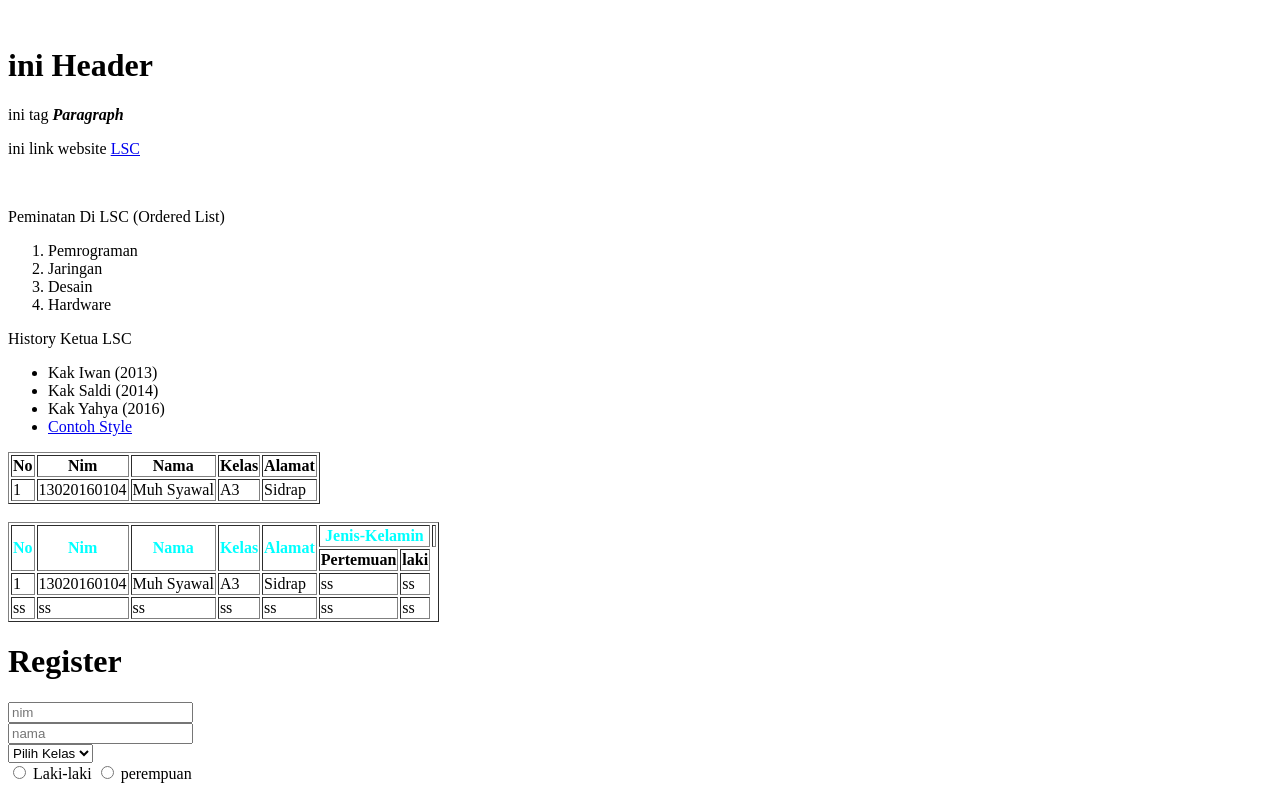
Repository: syawal2kalii/HelloWorld
Page: basichtml.htm
An editor plug-in stored every save of this project. The page is shown before and after the next save, followed by the edit.
The browser window is 1280 px wide. The pictures show the whole page.

Above is the page before, as saved 2019-11-17 12:40:56.

### basichtml.htm

<!--
Pertemuan 4
Overview
    Struktur Dasar
    Struktur Tag
        *Tag,Atribute,Property
    Berkenalan Dengan Beberapa Tag
        *header
        *Paragraph
        *Text Style (Bold,italic,font)
        *a
        *image
        *list
        *Table (colspan & Rowspan)
        *input
        *form
        *link import
    Dimensi dari setiap tag (block,inline)
    Studi Case : login,register,table user (No Style)

     -->

<!DOCTYPE html>
<html lang="en">
<head>
    <meta charset="UTF-8">
    <meta name="viewport" content="width=device-width, initial-scale=1.0">
    <meta http-equiv="X-UA-Compatible" content="ie=edge">
    <title>Basic HTML (Pertemuan 5)</title>
</head>
<body>
    <!-- tag atribute value
        global -> style,class (https://www.w3.org/TR/2010/WD-html-markup-20101019/global-attributes.html)
        local -> src
    -->

    <img src="" alt="">
    <h1>ini Header</h1>
    <p>ini tag <b><i>Paragraph</i></b></p>
    <p>ini link website <a href="http://www.lscumi.info.tm">LSC</a> </p>
    <img src="" alt="">
   <p> Peminatan Di LSC (Ordered List) </p>
    <ol>
        <li>Pemrograman</li>
        <li>Jaringan</li>
        <li>Desain</li>
        <li>Hardware</li>
    </ol>

    <p>History Ketua LSC</p>
    <ul>
        <li>Kak Iwan (2013)</li>
        <li>Kak Saldi (2014)</li>
        <li>Kak Yahya (2016)</li>
        <li><a href="https://www.w3schools.com/html/html_lists.asp">Contoh Style</a></li>
    </ul>

    <table border="1"> <!-- tag pembuka -->
        <tr> <!-- table row -->
            <th>No</th> <!-- table Head -->
            <th>Nim</th>
            <th>Nama</th>
            <th>Kelas</th>
            <th>Alamat</th>
        </tr>
        <tr>
            <td>1</td> <!-- table Data -->
            <td>13020160104</td> <!-- table Data -->
            <td>Muh Syawal</td> <!-- table Data -->
            <td>A3</td> <!-- table Data -->
            <td>Sidrap</td> <!-- table Data -->
        </tr>
    </table> <!-- tag penutup -->

    <table border="1">

        <tr style="color: aqua;">
            <th rowspan="2">No</th>
            <th rowspan="2">Nim</th>
            <th rowspan="2">Nama</th>
            <th rowspan="2">Kelas</th>
            <th rowspan="2">Alamat</th>
            <th colspan="2">Jenis-Kelamin</th>
            <th></th>
        </tr>

        <tr>
               <th>Pertemuan</td>
               <th>laki</td>

        </tr>
        <tr>
            <td>1</td>
            <td>13020160104</td>
            <td>Muh Syawal</td>
            <td>A3</td>
            <td>Sidrap</td>
            <td>ss</td>
            <td>ss</td>
        </tr>
        <br>
        <tr>
                <td>ss</td>
                <td>ss</td>
                <td>ss</td>
                <td>ss</td>
                <td>ss</td>
                <td>ss</td>
                <td>ss</td>
            </tr>
    </table>

    <h1>Register</h1>
    <input placeholder="nim" name="nim" type="number"> <br>
    <input type="text" placeholder="nama" name="nama" id=""> <br>

    <select name="kelas" id="">
        <option value="">Pilih Kelas</option>
        <option value="A1">A1</option>
        <option value="A1">A2</option>
        <option value="A1">A3</option>
        <option value="A1">A4</option>
    </select>
    <br>
    <input type="radio" name="jk" value="laki" id=""> Laki-laki
    <input type="radio" name="jk" value="laki" id=""> perempuan

    <form action="" method="get">

    </form>
    <!-- <link rel="stylesheet" href="lscumi.info.tm">Ini link ke website LSC -->


</body>


</html>

<!-- Cat
    1.tag a tanpa http
    2.Margin di Css
    3.name di radio
-->

After the next save:
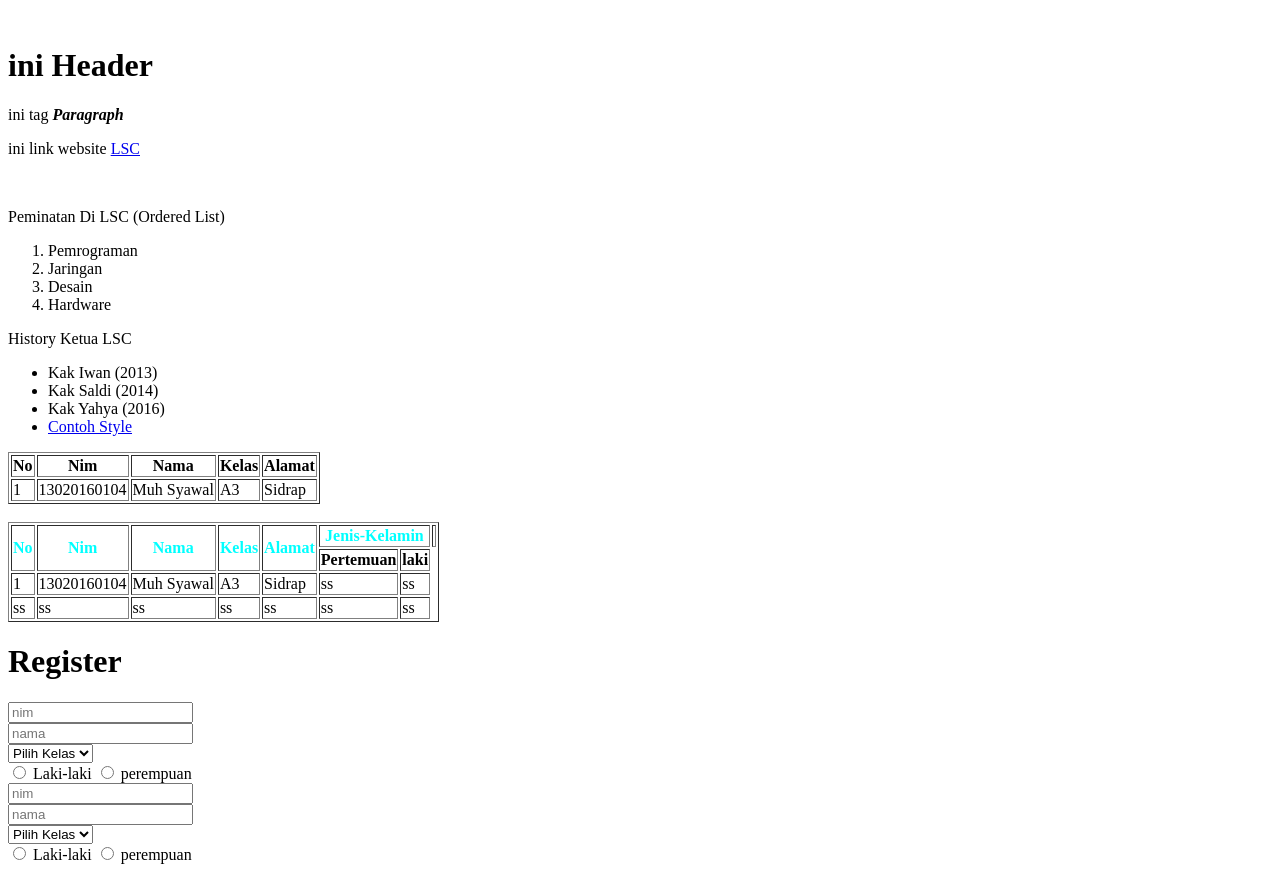
Saved 35 s later.
--- a/basichtml.htm
+++ b/basichtml.htm
@@ -127,7 +127,19 @@ Overview
     <input type="radio" name="jk" value="laki" id=""> perempuan
 
     <form action="" method="get">
+            <input placeholder="nim" name="nim" type="number"> <br>
+            <input type="text" placeholder="nama" name="nama" id=""> <br>
 
+            <select name="kelas" id="">
+                <option value="">Pilih Kelas</option>
+                <option value="A1">A1</option>
+                <option value="A1">A2</option>
+                <option value="A1">A3</option>
+                <option value="A1">A4</option>
+            </select>
+            <br>
+            <input type="radio" name="jk" value="laki" id=""> Laki-laki
+            <input type="radio" name="jk" value="laki" id=""> perempuan
     </form>
     <!-- <link rel="stylesheet" href="lscumi.info.tm">Ini link ke website LSC -->
 
